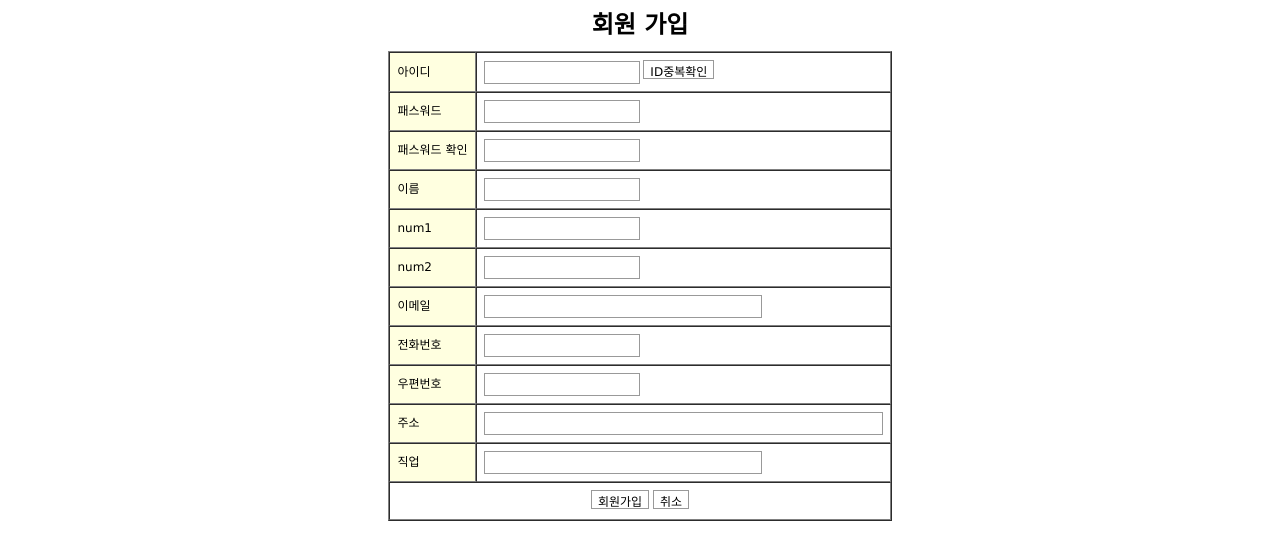
Repository: leekyengho/zodiac
Page: http://localhost/jsphomepage/homepage/member.jsp
An editor plug-in stored every save of this project. The page is shown before and after a run of saves, followed by the edit.
The browser window is 1280 px wide. The pictures show the whole page.
The page is served by Tomcat 9. Other server files are loaded and not shown.

Above is the page before, as saved 2016-11-26 19:21:49.

### jsphomepage/WebContent/homepage/member.jsp
<%@ page language="java" contentType="text/html; charset=EUC-KR"
    pageEncoding="EUC-KR"%>
<!DOCTYPE html PUBLIC "-//W3C//DTD HTML 4.01 Transitional//EN" "http://www.w3.org/TR/html4/loose.dtd">
<html>
<head>
<meta http-equiv="Content-Type" content="text/html; charset=EUC-KR">
<title>Insert title here</title>
</head>
<body>
<div align=center>
<h1>회원 가입</h1>
<link href="style.css" rel="stylesheet" type="text/css">
<script type="text/javascript" src="script.js"></script>
<script type="text/javascript">
	function idCheck(id) {
		frm = document.regFrm;
		if(id=="") {
			alert("아이디를 입력하세요.");
			frm.id.focus();
			return;
		}
		url = "idCheck.jsp?id=" + id;
		window.open(url, "IDCheck", "width=300, heigth=150");
	}

	function zipCheck() {
		url = "zipCheck.jsp?check=y";
		window.open(url, "ZipCodeSearch", "width=500, height=300, scrollbars=yes");
	}
</script>
	<form name=memberFrm  method="post" action="memberProc.jsp">
		<table border=1 cellpadding=7 cellspacing=0 >
			<tr>
				<td bgcolor=lightyellow>아이디 </td>
    			<td align=left><input type="text" name="id"  maxlength=20>
    			<input type="button" value="ID중복확인" onClick="idCheck(this.form.id.value)">
    			</td>
    		</tr>
			<tr>
				<td bgcolor=lightyellow>패스워드 </td>
    			<td align=left><input type="password" name="passwd"  maxlength=20></td>
    		</tr>
			<tr>
				<td bgcolor=lightyellow>패스워드 확인 </td>
  			    <td align=left><input type="password" name="repasswd"  maxlength=20></td>
  			</tr>
			<tr>
				<td bgcolor=lightyellow>이름 </td>
    			<td align=left><input type="text" name="name"  maxlength=20/></td>
    		</tr>
			<tr>
				<td bgcolor=lightyellow>num1</td>
   				<td align=left><input type="text" name="num1"  maxlength=7></td>
   			</tr>
			<tr>
				<td bgcolor=lightyellow>num2 </td>
  				<td align=left><input type="text" name="num2"  maxlength=7 ></td>
  			</tr>
			<tr>
				<td bgcolor=lightyellow>이메일 </td>
  				<td align=left><input type="text" name="email" maxlength=30 size=40></td>
  			</tr>
			<tr>
				<td bgcolor=lightyellow>전화번호 </td>
  				<td align=left><input type="text" name="phone" maxlength=30></td>
  			</tr>
			<tr>
				<td bgcolor=lightyellow>우편번호</td>
   				<td align=left><input type="text" name="zipcode" maxlength=7></td>
   			</tr>
			<tr>
				<td bgcolor=lightyellow>주소 </td>
    			<td align=left><input type="text" name="address" maxlength=30 size=60></td>
    		</tr>
			<tr>
				<td bgcolor=lightyellow>직업</td>
   				<td align=left><input type="text" name="job" maxlength=30 size=40></td>
   			</tr>
			<tr>
				<td colspan=2 align=center><input type="submit" value="회원가입">
    			<input type="reset" value="취소"></td>
    		</tr>
		</table>
	</form>
</div>
</body>
</html>

### jsphomepage/WebContent/homepage/style.css
BODY {
	FONT-SIZE: 9pt; COLOR: black; LINE-HEIGHT: 160%; FONT-FAMILY: 굴림,verdana,tahoma
}
TD {
	FONT-SIZE: 9pt; COLOR: black; LINE-HEIGHT: 160%; FONT-FAMILY: 굴림,verdana,tahoma
}
SELECT {
	FONT-SIZE: 9pt; COLOR: black; LINE-HEIGHT: 160%; FONT-FAMILY: 굴림,verdana,tahoma
}
DIV {
	FONT-SIZE: 9pt; COLOR: black; LINE-HEIGHT: 160%; FONT-FAMILY: 굴림,verdana,tahoma
}
FORM {
	FONT-SIZE: 9pt; COLOR: black; LINE-HEIGHT: 160%; FONT-FAMILY: 굴림,verdana,tahoma
}
TEXTAREA {
	BORDER-RIGHT: 1px solid #999999; BORDER-TOP: 1px solid #999999; FONT-SIZE: 9pt; BORDER-LEFT: 1px solid #999999 ; COLOR: BLACK; BORDER-BOTTOM: 1px solid #999999; FONT-FAMILY: 굴림,verdana; BACKGROUND-COLOR: white
}
INPUT {
	BORDER-RIGHT: 1px solid #999999; BORDER-TOP: 1px solid #999999; FONT-SIZE: 9pt; BORDER-LEFT: 1px solid #999999; COLOR: BLACK; BORDER-BOTTOM: 1px solid #999999; FONT-FAMILY: 굴림,verdana; HEIGHT: 19px; BACKGROUND-COLOR: white
}

A:link {text-decoration:none;color:#696969}
A:hover{text-decoration:yes;color:#66CCFF}
A:visited {text-decoration:none;color:#330066}

### jsphomepage/WebContent/homepage/script.js
function loginCheck(){
	if(document.login.mem_id.value==""){
		alert("아이디를를 입력해 주세요.");
		document.login.mem_id.focus();
		return;
	}
	if(document.login.mem_passwd.value==""){
		alert("비밀번호를 입력해 주세요.");
		document.login.mem_passwd.focus();
		return;
	}
	document.login.submit();
}

function memberReg(){
	document.location="Register.jsp";
}

function inputCheck(){
	if(document.regForm.mem_id.value==""){
		alert("아이디를 입력해 주세요.");
		document.regForm.mem_id.focus();
		return;
	}
	if(document.regForm.mem_passwd.value==""){
		alert("비밀번호를 입력해 주세요.");
		document.regForm.mem_passwd.focus();
		return;
	}
	if(document.regForm.mem_repasswd.value==""){
		alert("비밀번호를 확인해 주세요");
		document.regForm.mem_repasswd.focus();
		return;
	}
	if(document.regForm.mem_name.value==""){
		alert("이름을 입력해 주세요.");
		document.regForm.mem_name.focus();
		return;
	}
	if(document.regForm.mem_num1.value==""){
		alert("주민번호을 입력해 주세요.");
		document.regForm.mem_num1.focus();
		return;
	}
	if(document.regForm.mem_num2.value==""){
		alert("주민번호을 입력해 주세요.");
		document.regForm.mem_num2.focus();
		return;
	}
	if(document.regForm.mem_email.value==""){
		alert("이메일을 입력해 주세요.");
		document.regForm.mem_email.focus();
		return;
	}
	if(document.regForm.mem_phone.value==""){
		alert("연락처를 입력해 주세요.");
		document.regForm.mem_phone.focus();
		return;
	}
	if(document.regForm.mem_job.value=="0"){
		alert("직업을 선택해 주세요.");
		document.regForm.mem_job.focus();
		return;
	}

	if(document.regForm.mem_passwd.value != document.regForm.mem_repasswd.value){
		alert("비밀번호가 일치하지 않습니다.");
		document.regForm.mem_repasswd.focus();
		return;
	}
	document.regForm.submit();
}

//ID중복체크시 검사
function idCheck(id){
	if(id == ""){
		alert("아이디를 입력해 주세요.");
	}else{
		url="IdCheck.jsp?mem_id=" + id;
		window.open(url,"post","width=300,height=150");
	}
}

function zipCheck(){
		url="ZipCheck.jsp?check=y";
		window.open(url,"post","toolbar=no ,width=500 ,height=300 ,directories=no,status=yes,scrollbars=yes,menubar=no");
}

function win_close(){
	self.close();
}

After the next 2 saves:
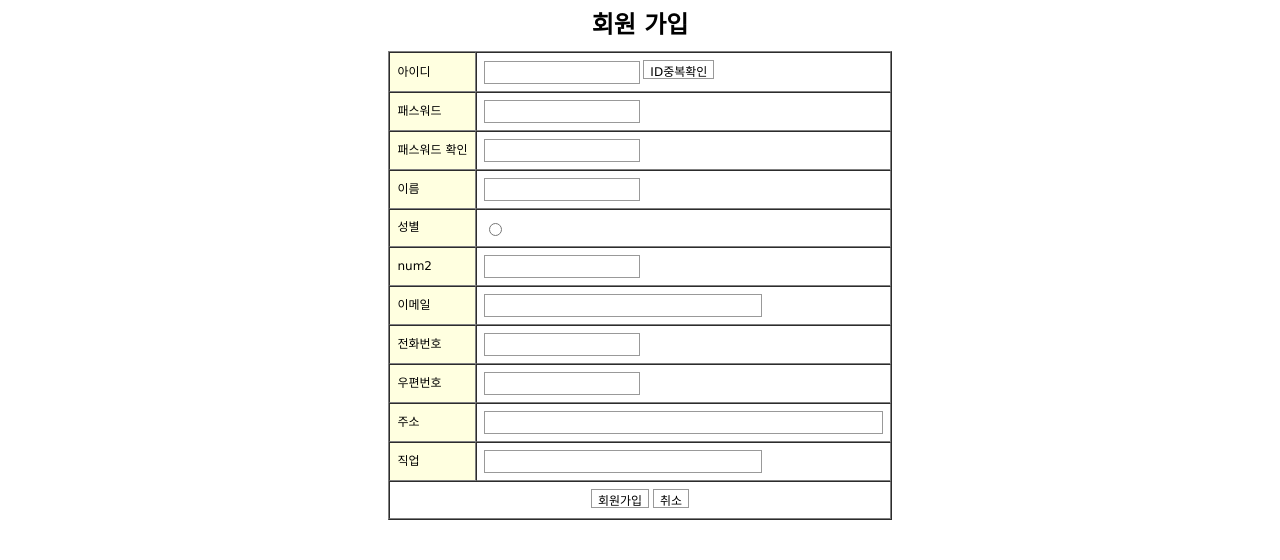
The 2 saves are shown as one change because 1 did not build or start.
The last was saved 26 min 35 s later.
--- a/jsphomepage/WebContent/homepage/member.jsp
+++ b/jsphomepage/WebContent/homepage/member.jsp
@@ -49,8 +49,8 @@
     			<td align=left><input type="text" name="name"  maxlength=20/></td>
     		</tr>
 			<tr>
-				<td bgcolor=lightyellow>num1</td>
-   				<td align=left><input type="text" name="num1"  maxlength=7></td>
+				<td bgcolor=lightyellow>성별</td>
+   				<td align=left><input type="radio" name="sex"></td>
    			</tr>
 			<tr>
 				<td bgcolor=lightyellow>num2 </td>
